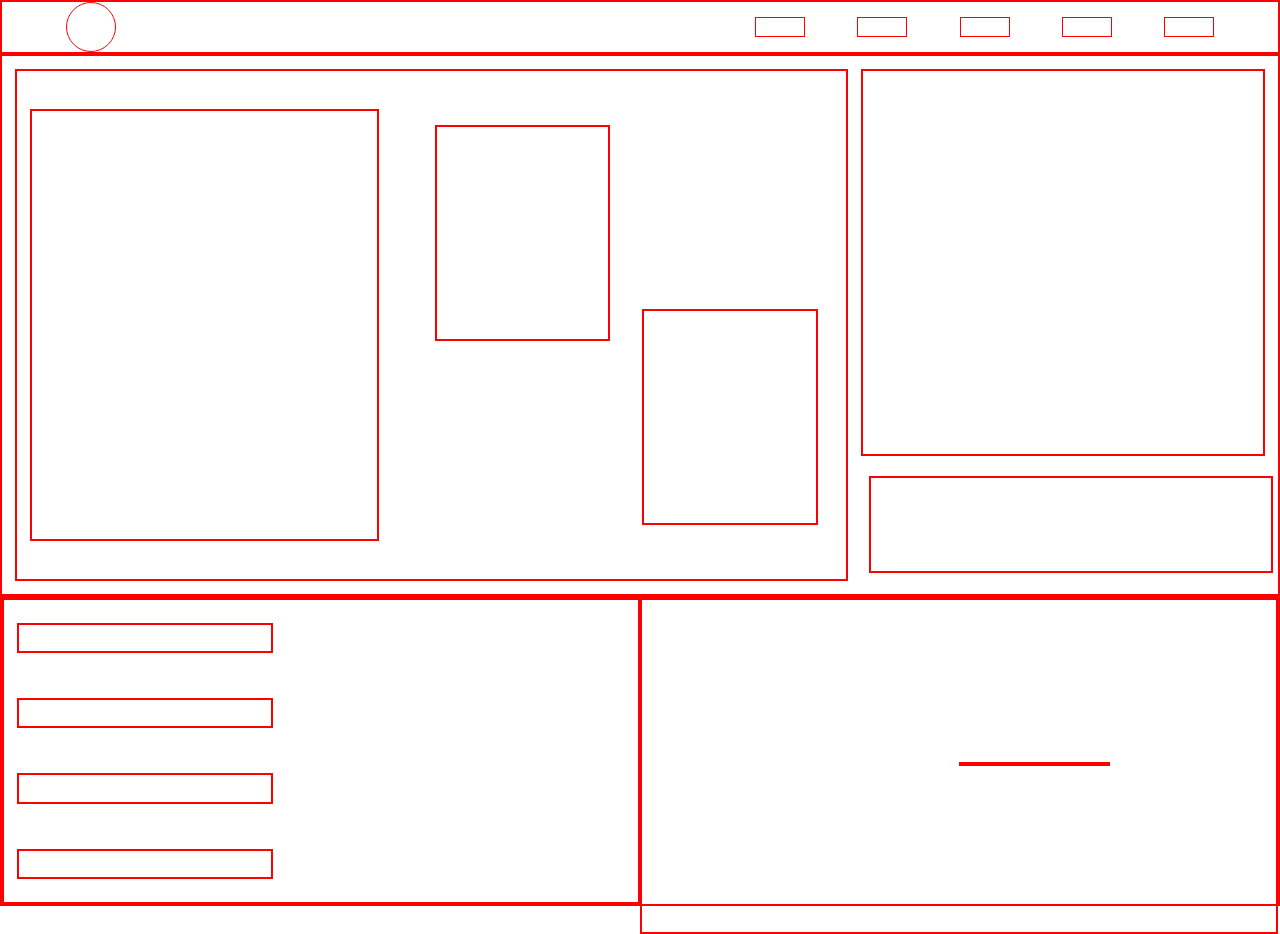
Repository: archangel88/elbrus_homework
Page: phase-0/week-3/day-4/flexbox/index.html
An editor plug-in stored every save of this project. The page is shown before and after the next save, followed by the edit.
The browser window is 1280 px wide. The pictures show the whole page.

Above is the page before, as saved 2025-10-10 00:58:57.

### phase-0/week-3/day-4/flexbox/index.html
<!DOCTYPE html>
<html lang="en">
<head>
    <meta charset="UTF-8">
    <link rel="stylesheet" href="./css/styles.css">
    <title>Flexbox</title>
</head>
<body>
    <div class="flex-container">
        <header>
            <div class="header">
                <div class="logo"></div>
                <nav class="menu">
                    <div class="item1"></div>
                    <div class="item2"></div>
                    <div class="item3"></div>
                    <div class="item4"></div>
                    <div class="item5"></div>
                </nav>
            </div>
        </header>
        <main class="content">
            <div class="left block">
                <div class="block1 block"></div>
                <div class="block2 block"></div>
                <div class="block3 block"></div>
            </div>
            <div class="right">
                <div class="block1 block"></div>
                <div class="block2 block"></div>
            </div>
        </main>
        <footer class="footer">
            <div class="left block">
                <div class="block1 block"></div>
                <div class="block2 block"></div>
                <div class="block3 block"></div>
                <div class="block4 block"></div>
            </div>
            <div class="right block">
                <div class="block1 block"></div>
            </div>
        </footer>
    </div>
</body>
</html>

### phase-0/week-3/day-4/flexbox/css/styles.css
* {
    margin: 0;
    padding: 0;
    box-sizing: border-box;
}

.flex-container {
    width: 100vw;
    height: 100vh;

    display: flex;
    flex-direction: column;
    justify-content: space-between;
}

header {
    width: 100%;
    height: 100px;
    border: 2px solid rgb(255, 0, 0);

    display: flex;
    justify-content: center;
    align-items: center;
}

.header {
    display: flex;
    align-items: center;
    justify-content: space-between;

    width: 90%;
    height: 80%;
}

.logo {
    width: 50px;
    height: 50px;
    border-radius: 50%;
    border: 1px solid red;
}

.menu {
    display: flex;
    justify-content: space-between;
    width: 40%;
}

.menu > div {
    width: 50px;
    height: 20px;
    border: 1px solid rgb(255, 0, 0);
}

.content{
    display: flex;
    border: 2px solid rgb(255, 0, 0);
    height: 100%;
}

.content .block{
    border: 2px solid red;
}

.content .left{
    width: 66.6%;
    display: flex;
    padding: 3% 1%;
    margin: 1%;
}

.content .right{
    width: 33.3%;
    display: flex;
    flex-direction: column;
    padding: 1% 1% 1% 0;
}

.content .left .block1{
    height: 60vh;
    display: flex;
    width: 66.6%;
    margin-right: 5%;
}

.content .left .block2, .content .left .block3{
    height: 30vh;
    width: 33.3%;
}

.content .left .block3{
    align-self: flex-end;
}

.content .right .block1{
    height: 80%;
    width: 100%;
}

.content .right .block2{
    height: 20%;
    width: 100%;
    margin-top: 5%;
}

.block{
    border: 2px solid rgb(255, 0, 0);
}

.footer{
    display: flex;
    border: 2px solid red;
    height: 43%;

}

.footer .block{
    border: 2px solid red;
}

.footer .left{
    width: 50%;
    height: 100%;
    display: flex;
    flex-direction: column;
    justify-content: space-around;
}

.footer .right{
    width: 50%;
    height: 100%;
    display: flex;
    align-items: flex-end;
    justify-content: flex-end;
    padding: 13%;
}

.footer .left .block1,.block2,.block3,.block4{
    height: 10%;
    width: 20vw;
    margin: 2%;
}

.footer .right .block{
    height: 15%;
    width: 50%;

}

After the next save:
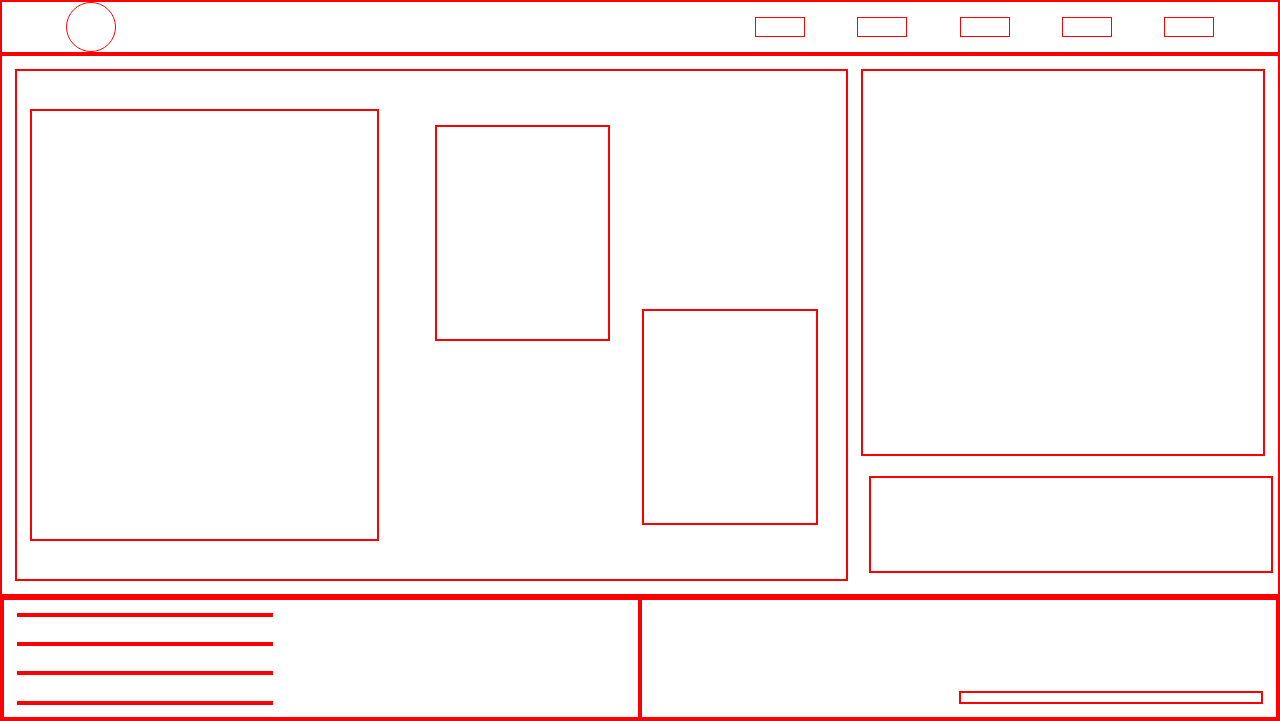
Saved 30 s later.
--- a/phase-0/week-3/day-4/flexbox/css/styles.css
+++ b/phase-0/week-3/day-4/flexbox/css/styles.css
@@ -131,7 +131,7 @@ header {
     display: flex;
     align-items: flex-end;
     justify-content: flex-end;
-    padding: 13%;
+    padding: 13px;
 }
 
 .footer .left .block1,.block2,.block3,.block4{
